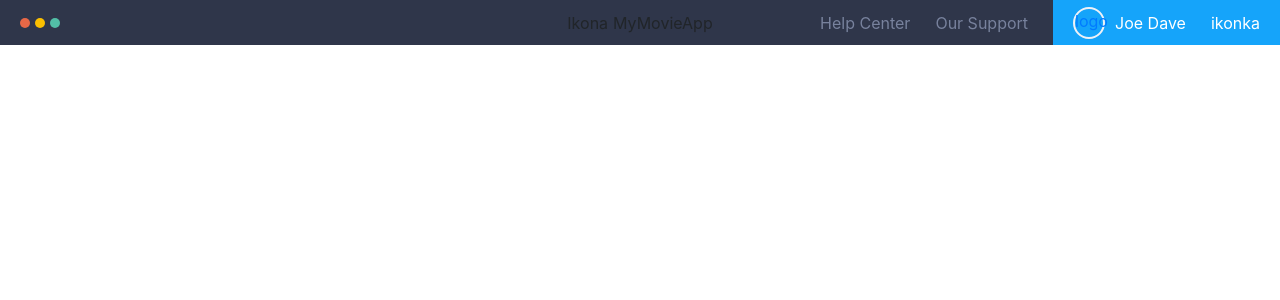
Repository: zyng/movie
Page: /
An editor plug-in stored every save of this project. The page is shown before and after the next save, followed by the edit.
The browser window is 1280 px wide. The pictures show the whole page.
Some web libraries are served in a nearby version. The project was rebuilt for these pictures with package versions that can differ from the ones it lists, and the page was loaded fresh each time.

Above is the page before, as saved 2019-01-14 19:54:10.

### public/index.html
<!DOCTYPE html>
<html lang="en">

<head>
  <meta charset="UTF-8">
  <meta name="viewport" content="width=device-width, initial-scale=1.0">
  <meta http-equiv="X-UA-Compatible" content="ie=edge">
  <title>Document</title>
  <!-- <link rel="stylesheet" href="https://maxcdn.bootstrapcdn.com/bootstrap/4.0.0/css/bootstrap.min.css" integrity="sha384-Gn5384xqQ1aoWXA+058RXPxPg6fy4IWvTNh0E263XmFcJlSAwiGgFAW/dAiS6JXm"
    crossorigin="anonymous"> -->

  <link href="https://fonts.googleapis.com/css?family=Montserrat:400,700&amp;subset=latin-ext" rel="stylesheet">

</head>

<body>
  <div id="root"></div>





  <script src="https://code.jquery.com/jquery-3.2.1.slim.min.js" integrity="sha384-KJ3o2DKtIkvYIK3UENzmM7KCkRr/rE9/Qpg6aAZGJwFDMVNA/GpGFF93hXpG5KkN"
    crossorigin="anonymous"></script>
  <script src="https://cdnjs.cloudflare.com/ajax/libs/popper.js/1.12.9/umd/popper.min.js" integrity="sha384-ApNbgh9B+Y1QKtv3Rn7W3mgPxhU9K/ScQsAP7hUibX39j7fakFPskvXusvfa0b4Q"
    crossorigin="anonymous"></script>
  <script src="https://maxcdn.bootstrapcdn.com/bootstrap/4.0.0/js/bootstrap.min.js" integrity="sha384-JZR6Spejh4U02d8jOt6vLEHfe/JQGiRRSQQxSfFWpi1MquVdAyjUar5+76PVCmYl"
    crossorigin="anonymous"></script>
</body>

</html>

### src/index.js
import React from 'react';
import ReactDOM from 'react-dom';
import App from './components/App';
import 'bootstrap/dist/css/bootstrap.min.css';
import './css/style.css';
import * as serviceWorker from './serviceWorker';

ReactDOM.render(<App />, document.getElementById('root'));

serviceWorker.unregister();

### src/components/App.js
import React, { Component } from 'react';
import '../css/style.css'
import Header from './Header/Header';


class App extends Component {
  render() {
    return (
      <Header />
    );
  }
}

export default App;

### src/css/style.css
/* http://meyerweb.com/eric/tools/css/reset/
   v2.0 | 20110126
   License: none (public domain)
*/
html, body, div, span, applet, object, iframe, h1, h2, h3, h4, h5, h6, p, blockquote, pre, a, abbr, acronym, address, big, cite, code, del, dfn, em, img, ins, kbd, q, s, samp, small, strike, strong, sub, sup, tt, var, b, u, i, center, dl, dt, dd, ol, ul, li, fieldset, form, label, legend, table, caption, tbody, tfoot, thead, tr, th, td, article, aside, canvas, details, embed, figure, figcaption, footer, header, hgroup, menu, nav, output, ruby, section, summary, time, mark, audio, video { margin: 0; padding: 0; border: 0; font-size: 100%; font: inherit; vertical-align: baseline; }

/* HTML5 display-role reset for older browsers */
article, aside, details, figcaption, figure, footer, header, hgroup, menu, nav, section { display: block; }

body { line-height: 1; }

ol, ul { list-style: none; }

blockquote, q { quotes: none; }

blockquote:before, blockquote:after { content: ''; content: none; }

q:before, q:after { content: ''; content: none; }

table { border-collapse: collapse; border-spacing: 0; }

.header { display: -webkit-box; display: -ms-flexbox; display: flex; height: 45px; background-color: #2f364a; -webkit-box-align: center; -ms-flex-align: center; align-items: center; }

.header__logo { position: absolute; left: 20px; display: -webkit-box; display: -ms-flexbox; display: flex; }

.header__logo div { width: 10px; height: 10px; border-radius: 5px; }

.header__logo div:not(:last-child) { margin-right: 5px; }

.header__logo .header__logo--red { background-color: #e76847; }

.header__logo .header__logo--yellow { background-color: #fabf00; }

.header__logo .header__logo--green { background-color: #52bea6; }

.header__title { position: absolute; left: 50%; -webkit-transform: translateX(-50%); -ms-transform: translateX(-50%); transform: translateX(-50%); }

.header__title i { margin-right: 5px; }

.header__title i:before { font-size: 16px; }

@media screen and (max-width: 1279px) { .header__title { position: static; margin-left: 140px; } }

.header__nav { position: absolute; right: 0; display: -webkit-box; display: -ms-flexbox; display: flex; -webkit-box-align: center; -ms-flex-align: center; align-items: center; }

.header__nav a { text-decoration: none; }

.header__nav > a { color: #78829d; position: relative; }

.header__nav > a:hover::after { content: ''; position: absolute; top: 50%; -webkit-transform: translateY(-50%); -ms-transform: translateY(-50%); transform: translateY(-50%); right: -15px; width: 8px; height: 8px; border-radius: 50%; background-color: rgba(25, 32, 46, 0.7); }

.header__nav .profile { padding: 0 20px; background-color: #15a4fa; height: 45px; display: -webkit-box; display: -ms-flexbox; display: flex; -webkit-box-align: center; -ms-flex-align: center; align-items: center; }

.header__nav .profile a { display: -webkit-box; display: -ms-flexbox; display: flex; -webkit-box-align: center; -ms-flex-align: center; align-items: center; }

.header__nav .profile__logo { width: 32px; height: 32px; border-radius: 16px; border: 2px solid #eef1f7; margin-right: 10px; }

.header__nav .profile__logo img { -o-object-fit: cover; object-fit: cover; width: 100%; height: 100%; border-radius: 50%; }

.header__nav .profile__name { color: #fff; }

.header__nav .profile i { margin-left: 25px; color: #fff; }

.header__nav > a { margin-right: 25px; }

body { color: #78829d; font-family: "Montserrat", sans-serif; font-size: 16px; }

### src/components/Header/Header.js
import React, { Component } from 'react';

class Header extends Component {




    render() {
        return (
            <header class='header'>
                <div className="header__logo">
                    <div className="header__logo--red"></div>
                    <div className="header__logo--yellow"></div>
                    <div className="header__logo--green"></div>
                </div>
                <div className="header__title">
                    <i>Ikona</i>
                    <span>MyMovieApp</span>
                </div>
                <nav className="header__nav">
                    <a href="/">Help Center</a>
                    <a href="/">Our Support</a>
                    <div className="profile">
                        <a href="/">
                            <div className="profile__logo">logo</div>
                            <div className="profile__name">Joe Dave</div>
                            <i>ikonka</i>
                        </a>
                    </div>
                </nav>

            </header>
        );
    }
}

export default Header;

Loaded but not shown: src/serviceWorker.js (common file)

After the next save:
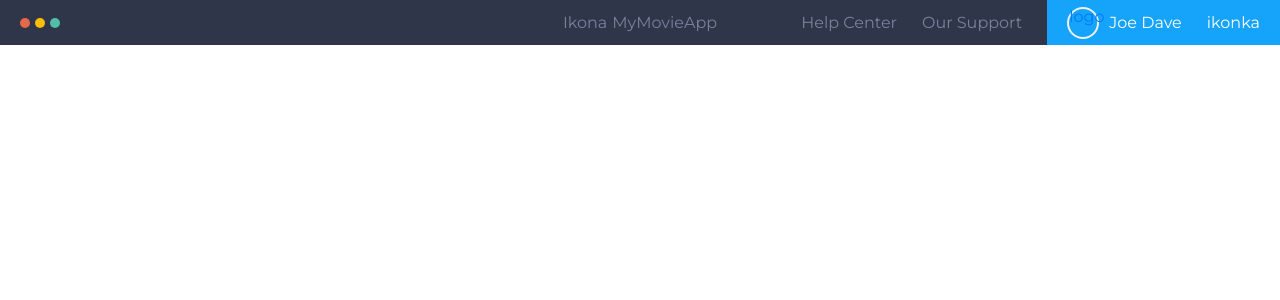
Saved 34 s later.
--- a/src/components/App.js
+++ b/src/components/App.js
@@ -1,5 +1,5 @@
 import React, { Component } from 'react';
-import '../css/style.css'
+
 import Header from './Header/Header';
 
 
